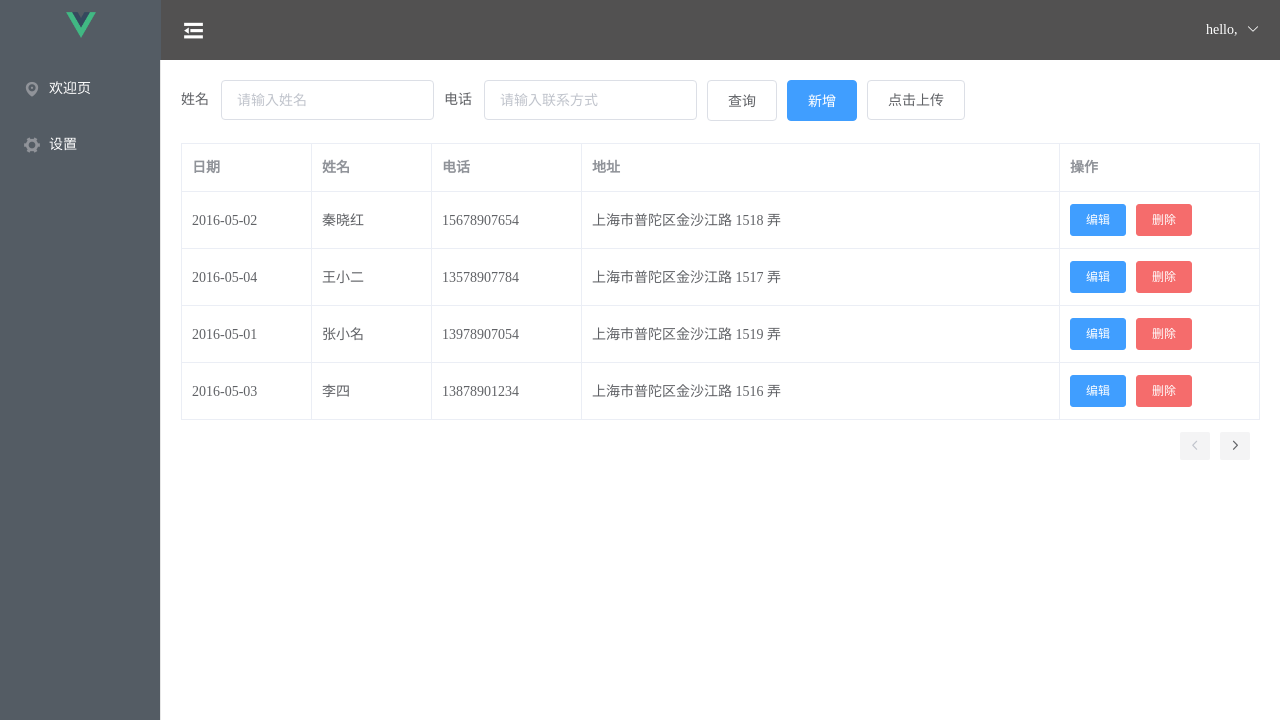
Repository: qianxuebing/admin
Page: /Layout/Table
These files come from the project's save history. The page is drawn as it stood at one moment and after the next save; the edit follows.
The browser window is 1280 px wide. The pictures show the whole page.
The project was rebuilt for these pictures with package versions that can differ from the ones it lists, and the page was loaded fresh each time. Also part of the build but not shown: src/views/login/Login.vue. Imported but missing from the stored project, and not drawn on this page: src/views/home/Home.

Above is the page before, as saved 2020-01-13 10:34:13.

After the next save:
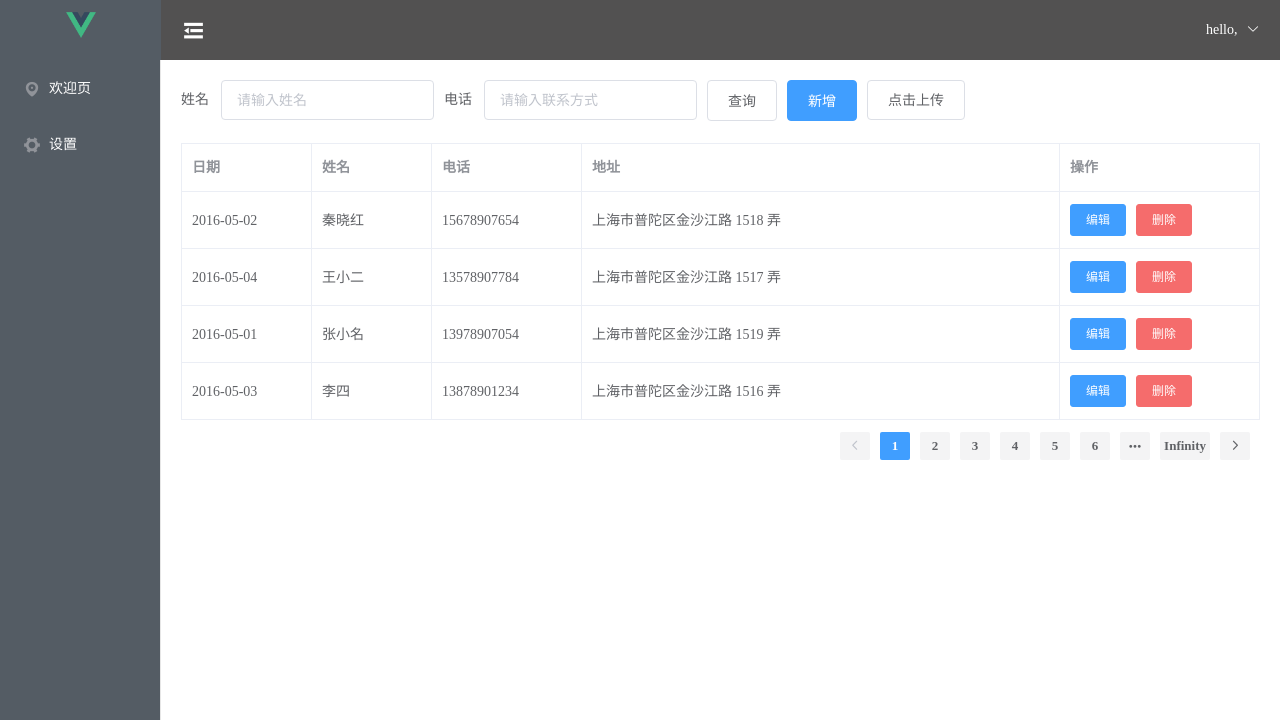
Saved 23 s later.
--- a/src/views/table/Table.vue
+++ b/src/views/table/Table.vue
@@ -63,7 +63,8 @@
       :current-page="currentPage"
       :page-size="pageSize"
       background
-      layout="prev, pager, next">
+      layout="prev, pager, next"
+      :total="tableData.length">
     </el-pagination>
 
     <!-- dialog -->
